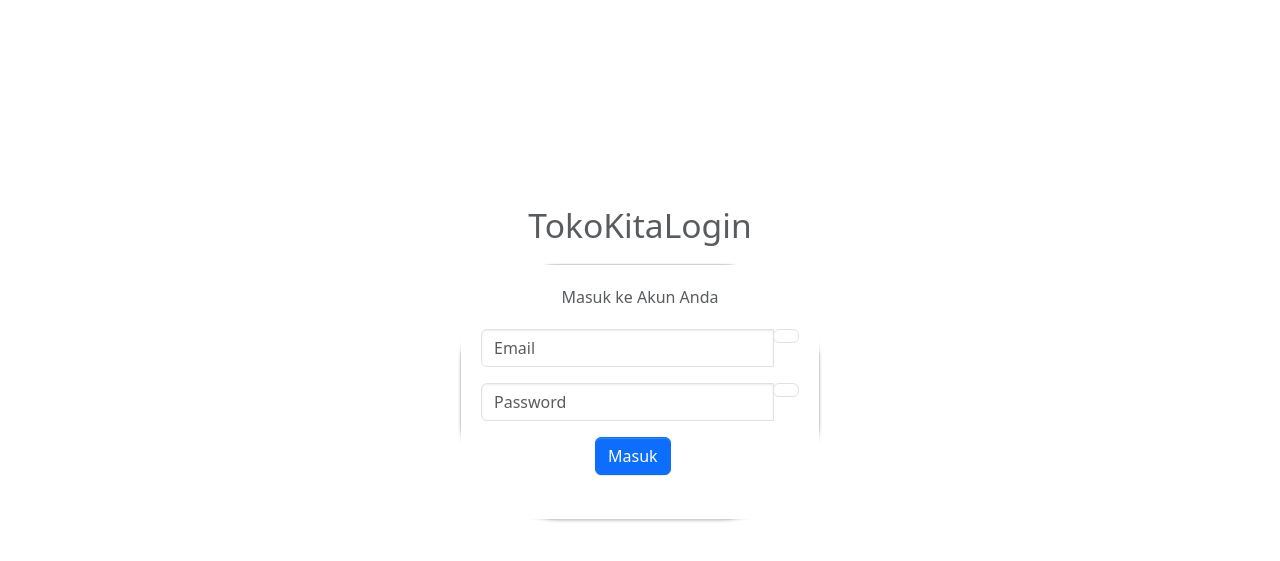
Repository: mufti-1448/Kasir-Toko-Kita-Web
Page: http://localhost/
The author's editor kept a copy of each file at every save. The page is drawn from the files as they stood at one save, then again after the next save.
The browser window is 1280 px wide. The pictures show the whole page.
Some web fonts or font styles are not loaded; a fallback is used. The page is served by the project's Laravel application, run on PHP 8.4 with Laravel 12. Style sheets and scripts are compiled from the project's sources, by tool versions that may differ from the author's.

Above is the page before, as saved 2026-02-03 10:21:51.
Console error: TypeError: Cannot read properties of undefined (reading 'fn')

After the next save:
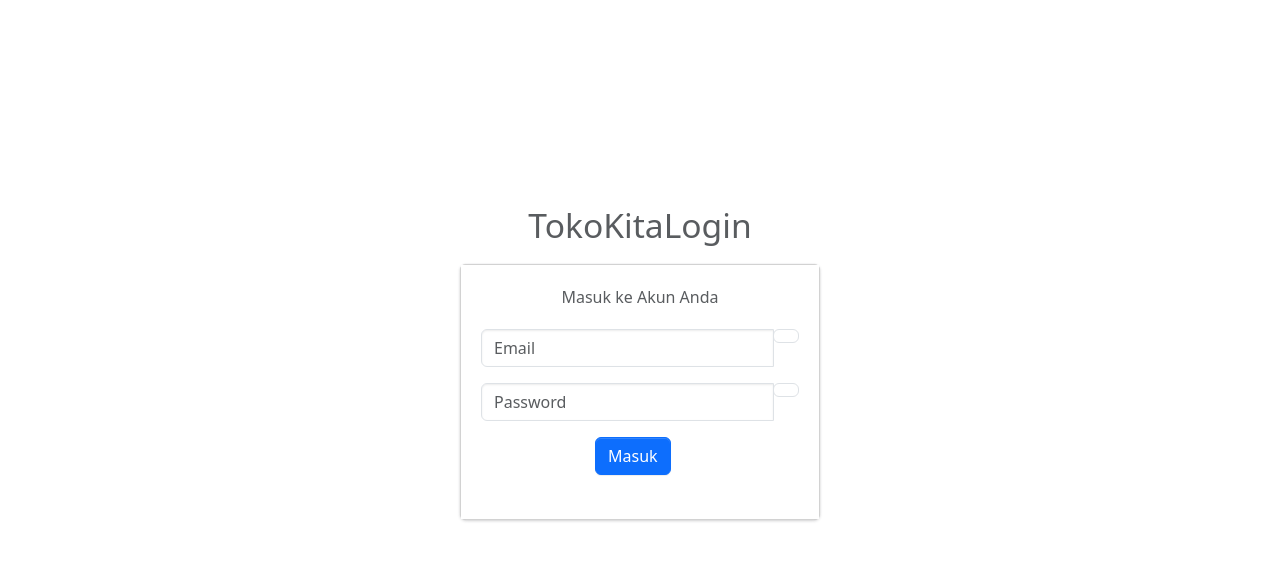
Saved 9 s later.
--- a/resources/views/login/login.blade.php
+++ b/resources/views/login/login.blade.php
@@ -26,7 +26,7 @@
             <a href="../../index2.html"><b>TokoKita</b>Login</a>
         </div>
         <!-- /.login-logo -->
-        <div class="card" style="border-radius: 100px">
+        <div class="card" >
             <div class="card-body login-card-body">
                 <p class="login-box-msg">Masuk ke Akun Anda</p>
 
